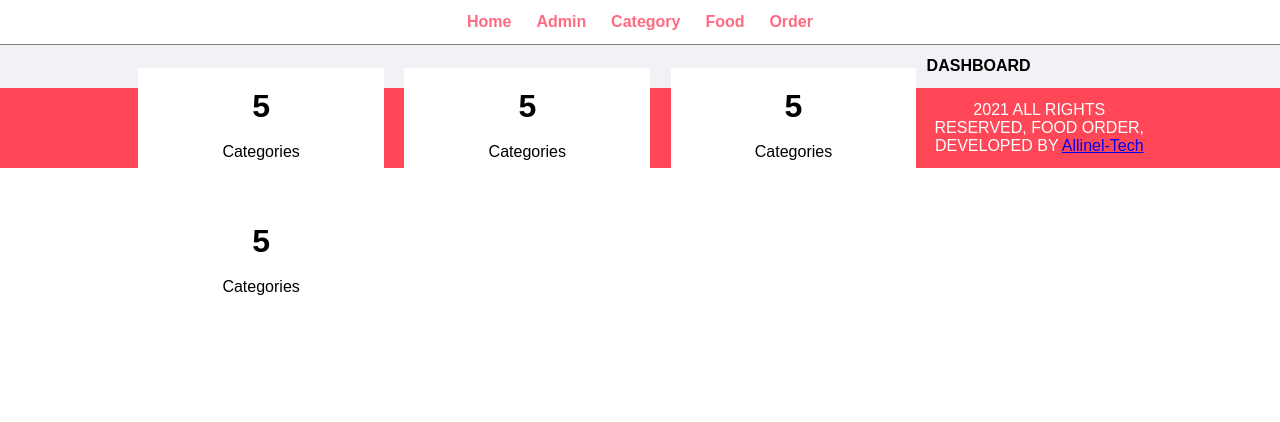
Repository: yazshrilld/food_order
Page: http://localhost/admin/index.php
The author's editor kept a copy of each file at every save. The page is drawn from the files as they stood at one save, then again after a run of saves.
The browser window is 1280 px wide. The pictures show the whole page.
The page is run by PHP 8.4 with error messages shown; the project is at /var/www/html/.

Above is the page before, as saved 2021-01-24 16:43:32.

### admin/index.php
    <html>
    <head>
        <title>Food Order Website - Home Page</title>
        <link rel="stylesheet" href="../css/admin.css">
    </head>
    <body>
        <!-- Menu Section Starts -->
            <div class="menu text-center">
                <div class="wrapper">
                    <ul>
                        <li><a href="">Home</a></li>
                        <li><a href="">Admin</a></li>
                        <li><a href="">Category</a></li>
                        <li><a href="">Food</a></li>
                        <li><a href="">Order</a></li>
                    </ul>
                </div>
            </div>
        <!-- Menu Section Ends -->

        <!-- Main Content Section Starts -->
            <div class="main-content">
                <div class="wrapper">
                    <strong>DASHBOARD</strong>
                    <div class="col-4 text-center">
                        <h1>5</h1><br /> Categories
                    </div>
                    <div class="col-4 text-center">
                        <h1>5</h1><br /> Categories
                    </div>
                    <div class="col-4 text-center">
                        <h1>5</h1><br /> Categories
                    </div>
                    <div class="col-4 text-center">
                        <h1>5</h1><br /> Categories
                    </div>
                </div>
            </div>
        <!-- Main Content Section Ends -->

        <!-- Footer Section Starts -->
            <div class="footer">
                <div class="wrapper">
                    <p class="text-center">2021 ALL RIGHTS RESERVED, FOOD ORDER, DEVELOPED BY <a href="#">Allinel-Tech</a></p>
                </div>
            </div>
        <!-- Footer Section Ends -->

    </body>
</html>

### css/admin.css
/*
    Author: Musa Yazid
    Theme: Food Order Website Admin
    Version: 1.0
*/

* {
    margin: 0;
    padding: 0;
    font-family: Arial, Helvetica, sans-serif;
}

.wrapper {
    padding: 1%;
    width: 80%;
    margin: 0 auto;
}

.text-center {
    text-align: center;
}
.clearFix {
    float: none;
    clear: both;
}
/* CSS for Menu */
.menu {
    border-bottom: 1px solid grey;
}
.menu ul {
    list-style-type: none;
}
.menu ul li {
    display: inline;
    padding: 1%;
}
.menu ul li a {
    text-decoration: none;
    font-weight: bold;
    color: #ff6b81;
}
.menu ul li a:hover {

    color: #ff4757;
}

/* CSS for main-content */

.main-content {
    background-color: #f1f2f6;
}
.col-4 {
    width: 20%;
    background-color: white;
    margin: 1%;
    padding: 2%;
    float: left;
}

/* CSS for footer */
.footer {
    background-color: #ff4757;
    color: white;
}

After the next 6 saves:
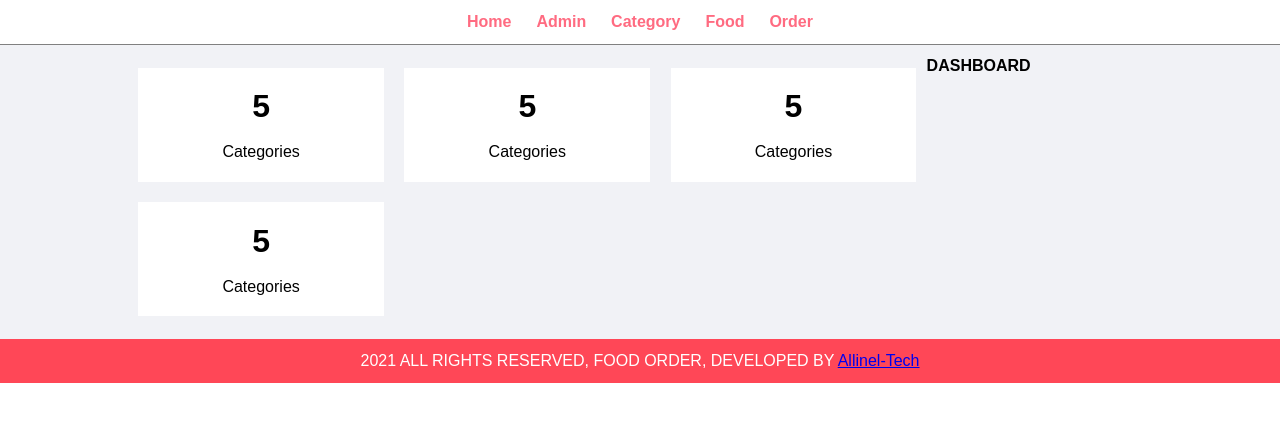
The 6 saves are shown as one change because they came seconds apart.
The last was saved 56 s later.
--- a/admin/index.php
+++ b/admin/index.php
@@ -34,6 +34,7 @@
                     <div class="col-4 text-center">
                         <h1>5</h1><br /> Categories
                     </div>
+                    <div class="clearFix"></div>
                 </div>
             </div>
         <!-- Main Content Section Ends -->
